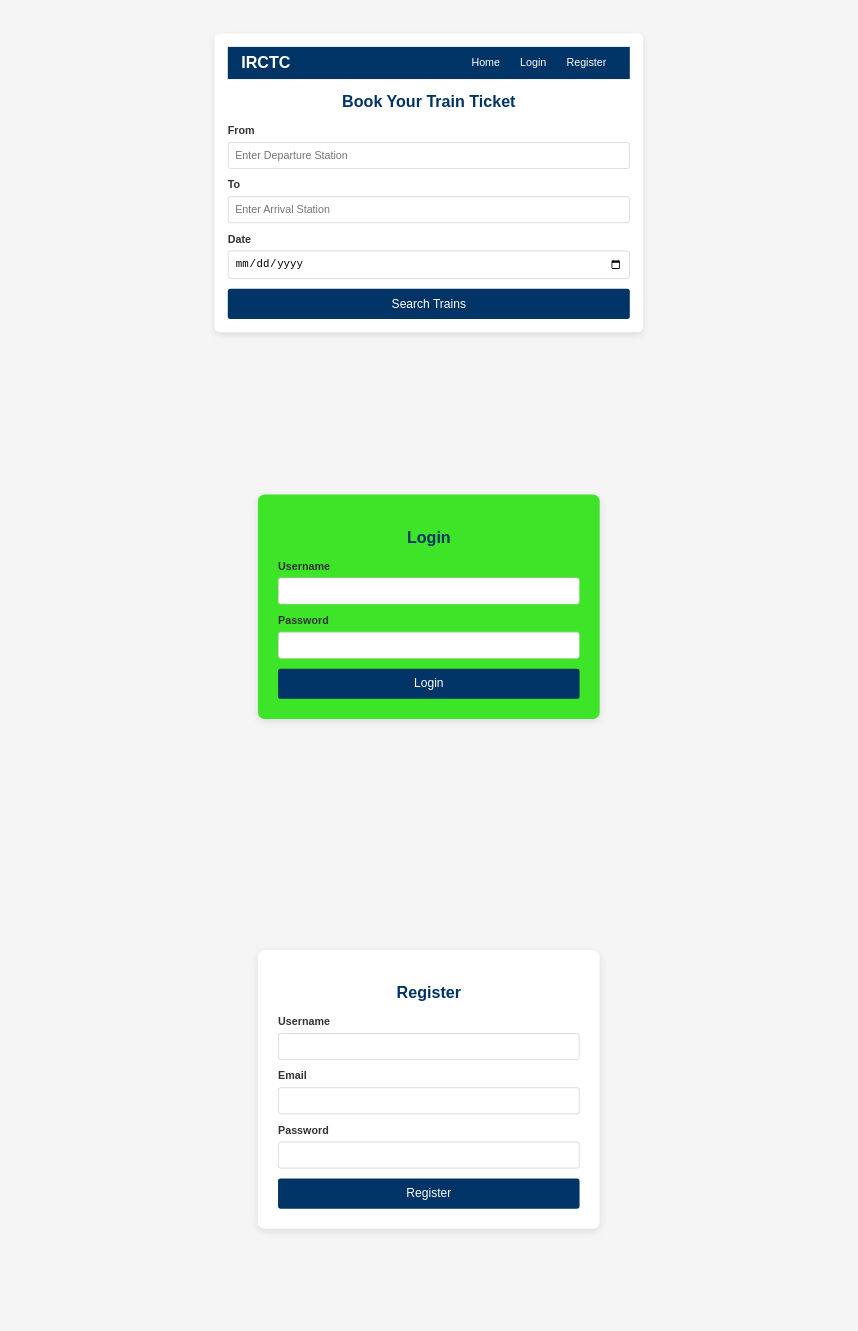
Repository: ssaddamhuss100/IRCTC-Clone
Page: /
The author's editor kept a copy of each file at every save. The page is drawn from the files as they stood at one save, then again after a run of saves.
The browser window is 1280 px wide. The pictures show the whole page, at 67% of full size.
The project was rebuilt for these pictures with package versions that can differ from the ones it lists, and the page was loaded fresh each time. Also part of the build but not shown: vite.config.js, src/components/Header/Header.css, src/components/Header/Header.jsx.

Above is the page before, as saved 2025-01-19 11:56:52.

### src/App.jsx
import React, { useEffect } from "react";
import Homepage from "./pages/Homepage/Homepage";
import Login from "./pages/Login/Login";
import Register from "./pages/Register/Register";
import Header from "./components/Header/Header";


const App = () => {
  return (
    <div>
      {/* <Header/> */}
      <Homepage/>
      <Login/>
      <Register/>
    </div>
  );
};

export default App;

### src/pages/Homepage/Homepage.jsx
import React from "react";
import "./HomePage.css";
import Navbar from "../../components/Navbar/Navbar";
const HomePage = () => {

  return (
    <div className="homepage">
      <Navbar/>
      <h2>Book Your Train Ticket</h2>
      <form>
        <div className="form-group">
          <label htmlFor="from">From</label>
          <input
            type="text"
            id="from"
            placeholder="Enter Departure Station"
            required
          />
        </div>
        <div className="form-group">
          <label htmlFor="to">To</label>
          <input
            type="text"
            id="to"
            placeholder="Enter Arrival Station"
            required
          />
        </div>
        <div className="form-group">
          <label htmlFor="date">Date</label>
          <input type="date" id="date" required />
        </div>
        <button type="submit">Search Trains</button>
      </form>
    </div>
  );
};


export default HomePage;

### src/pages/Login/Login.jsx
import React from "react";
import "./Login.css";

const Login = () => {
  return (
    <div className="login-container">
      <div className="login-box">
        <h2>Login</h2>

        <form>

          <div className="form-group">
            <label htmlFor="username">Username</label>
            <input type="text" id="username" required />
          </div>

          <div className="form-group">
            <label htmlFor="password">Password</label>
            <input type="password" id="password" required />
          </div>

          <button type="submit">Login</button>

        </form>

      </div>
    </div>
  );
};

export default Login;

### src/pages/Register/Register.jsx
import React from "react";
import "./Register.css";

const Register = () => {
  return (
    <div className="register-container">
      <div className="register-box">
        <h2>Register</h2>

        <form>

          <div className="form-group">
            <label htmlFor="username">Username</label>
            <input type="text" id="username" required />
          </div>

          <div className="form-group">
            <label htmlFor="email">Email</label>
            <input type="email" id="email" required />
          </div>

          <div className="form-group">
            <label htmlFor="password">Password</label>
            <input type="password" id="password" required />
          </div>

          <button type="submit">Register</button>

        </form>

      </div>
    </div>
  );
};

export default Register;

### src/pages/Homepage/Homepage.css
body {
  margin: 0;
  font-family: Arial, sans-serif;
  background-color: #f5f5f5;
}

.homepage {
  background-color: white;
  padding: 20px;
  margin: 50px auto;
  border-radius: 8px;
  max-width: 600px;
  box-shadow: 0 4px 10px rgba(0, 0, 0, 0.1);
}

h2 {
  color: #003366;
  text-align: center;
  margin-bottom: 20px;
  font-size: 24px;
  font-weight: 700;
}

form {
  display: flex;
  flex-direction: column;
  gap: 15px;
}

.form-group {
  display: flex;
  flex-direction: column;
}

.form-group label {
  font-size: 16px;
  font-weight: 600;
  color: #333;
  margin-bottom: 8px;
}

.form-group input {
  padding: 10px;
  border: 1px solid #ccc;
  border-radius: 4px;
  font-size: 16px;
  transition: border-color 0.3s;
}

.form-group input:focus {
  border-color: #003366;
}

button[type="submit"] {
  background-color: #003366;
  color: white;
  padding: 12px;
  border: none;
  border-radius: 4px;
  font-size: 18px;
  cursor: pointer;
  transition: background-color 0.3s;
}

button[type="submit"]:hover {
  background-color: #005b99;
}

@media (max-width: 768px) {
  .homepage {
    margin: 20px;
    padding: 15px;
  }
}

### src/components/navbar/Navbar.jsx
import React from "react";
import "./Navbar.css";
import Login from "../../pages/Login/Login";
import Register from "../../pages/Register/Register";

const Navbar = () => {
  return (
    <nav className="navbar">
      <h1>IRCTC</h1>
      <ul>
        <li>
          <a href="/">Home</a>
        </li>
        <li>
          <a href="/login">Login</a>
        </li>
        <li>
          <a href="/register">Register</a>
        </li>
      </ul>
    </nav>
  );
};

export default Navbar;

### src/pages/Login/Login.css
/* Outer container to center the form on the page */
.login-container {
  display: flex;
  justify-content: center; /* Center horizontally */
  align-items: center; /* Center vertically */
  min-height: 100vh; /* Full viewport height */
  background-color: #f5f5f5; /* Light gray background */
}

/* Form box layout similar to IRCTC */
.login-box {
  background-color: #3de427; /* White background for form */
  padding: 30px;
  border-radius: 10px; /* Rounded corners */
  box-shadow: 0 4px 12px rgba(0, 0, 0, 0.1); /* Soft shadow */
  width: 100%; /* Full width of container */
  max-width: 450px; /* Max width to limit form size */
}

/* Form heading */
.login-box h2 {
  text-align: center;
  color: #003366; /* IRCTC blue color for heading */
  margin-bottom: 20px;
}

### src/pages/Register/Register.css
/* Outer container to center the form on the page */
.register-container {
    display: flex;
    justify-content: center; /* Center horizontally */
    align-items: center; /* Center vertically */
    min-height: 100vh; /* Full viewport height */
    background-color: #f5f5f5; /* Light gray background */
  }

  /* Form box layout similar to IRCTC */
  .register-box {
    background-color: #ffffff; /* White background for form */
    padding: 30px;
    border-radius: 10px; /* Rounded corners */
    box-shadow: 0 4px 12px rgba(0, 0, 0, 0.1); /* Soft shadow */
    width: 100%; /* Full width of container */
    max-width: 450px; /* Max width to limit form size */
  }

  /* Form heading */
  .register-box h2 {
    text-align: center;
    color: #003366; /* IRCTC blue color for heading */
    margin-bottom: 20px;
  }

### src/components/navbar/navbar.css
.navbar {
    display: flex;
    justify-content: space-between;
    align-items: center;
    background-color: #003366;
    padding: 10px 20px;
    color: white;
  }

  .navbar h1 {
    margin: 0;
  }

  .navbar ul {
    list-style-type: none;
    margin: 0;
    padding: 0;
    display: flex;
  }

  .navbar li {
    margin: 0 15px;
  }

  .navbar a {
    color: white;
    text-decoration: none;
    font-size: 16px;
  }

  .navbar a:hover {
    text-decoration: underline;
  }

Loaded but not shown: index.html (common file); src/main.jsx (common file)

After the next 2 saves:
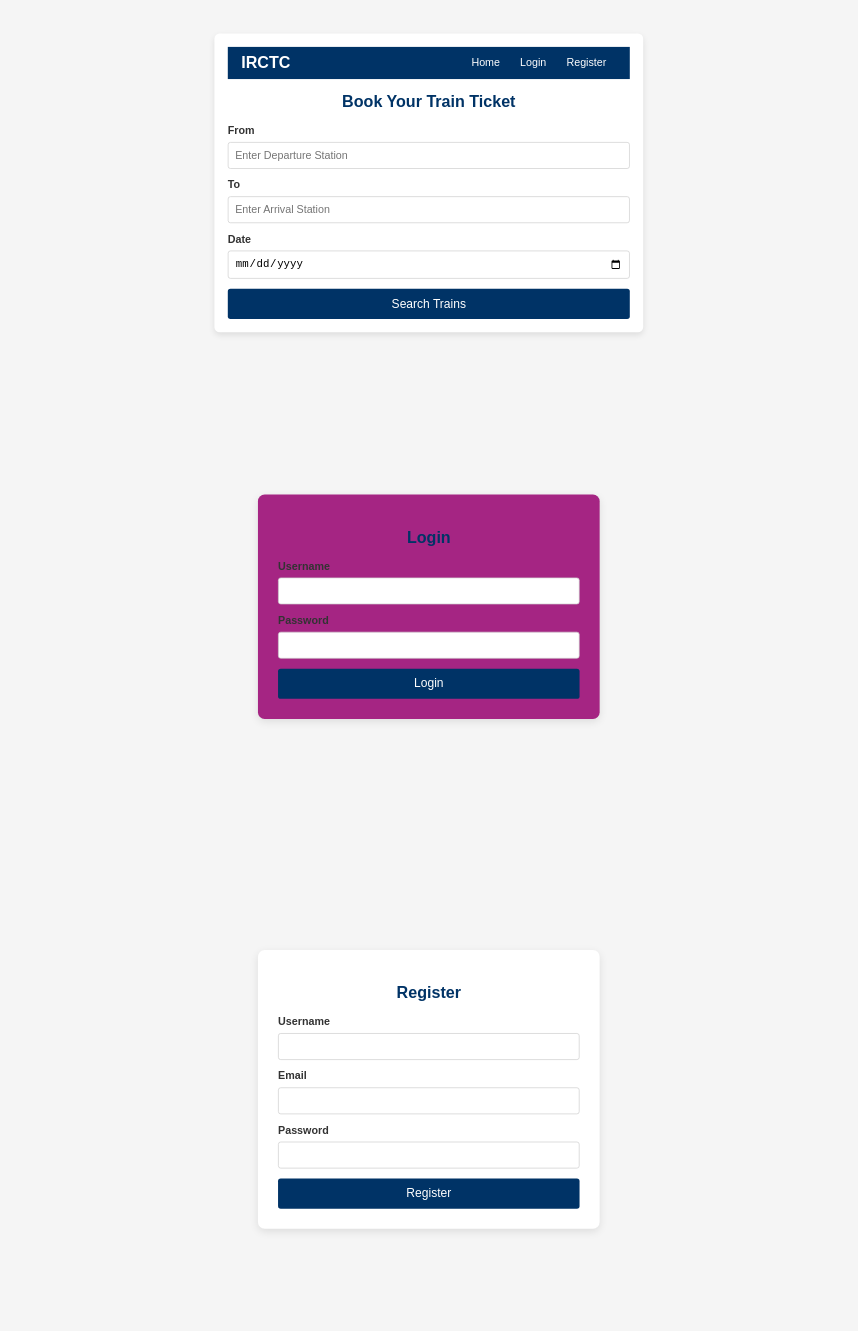
The 2 saves are shown as one change because they came seconds apart.
The last was saved 9 s later.
--- a/src/pages/Login/Login.css
+++ b/src/pages/Login/Login.css
@@ -9,7 +9,7 @@
 
 /* Form box layout similar to IRCTC */
 .login-box {
-  background-color: #3de427; /* White background for form */
+  background-color: #a52583; /* White background for form */
   padding: 30px;
   border-radius: 10px; /* Rounded corners */
   box-shadow: 0 4px 12px rgba(0, 0, 0, 0.1); /* Soft shadow */
